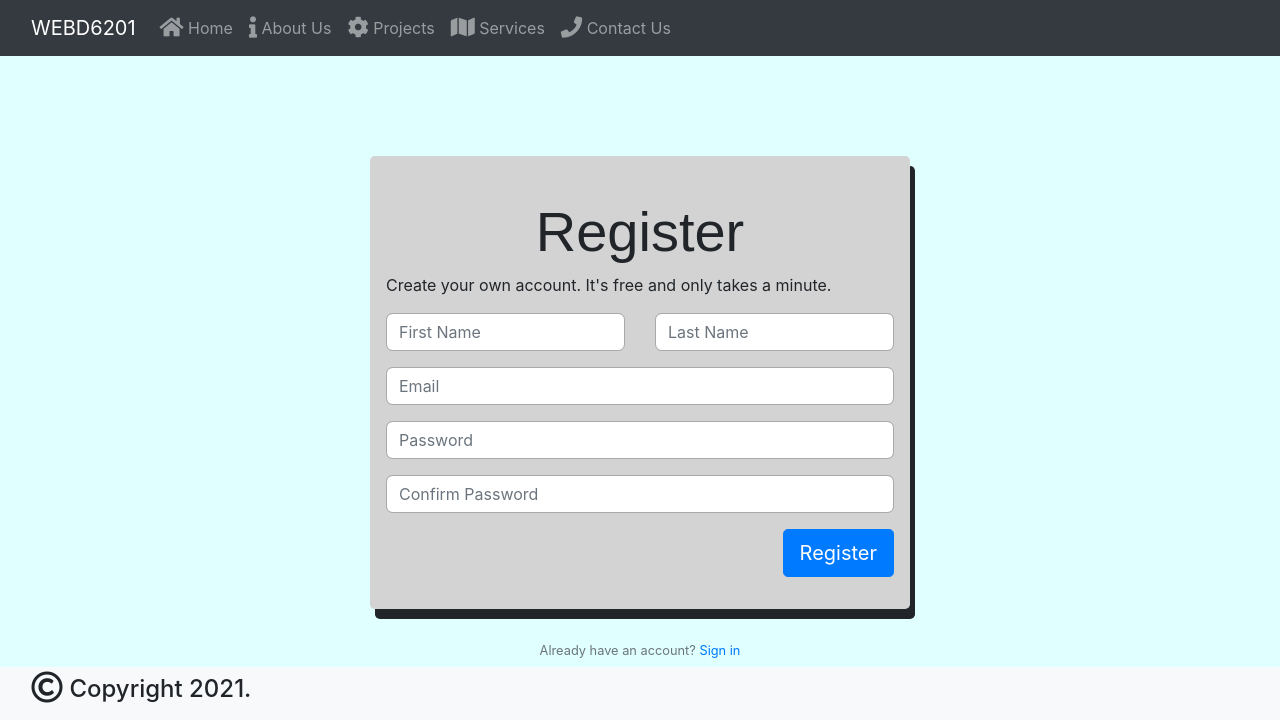
Repository: deividwsantoss/web6201-Lab1
Page: register.html
An editor plug-in stored every save of this project. The page is shown before and after the next save, followed by the edit.
The browser window is 1280 px wide. The pictures show the whole page.

Above is the page before, as saved 2021-03-04 10:50:11.

After the next save:
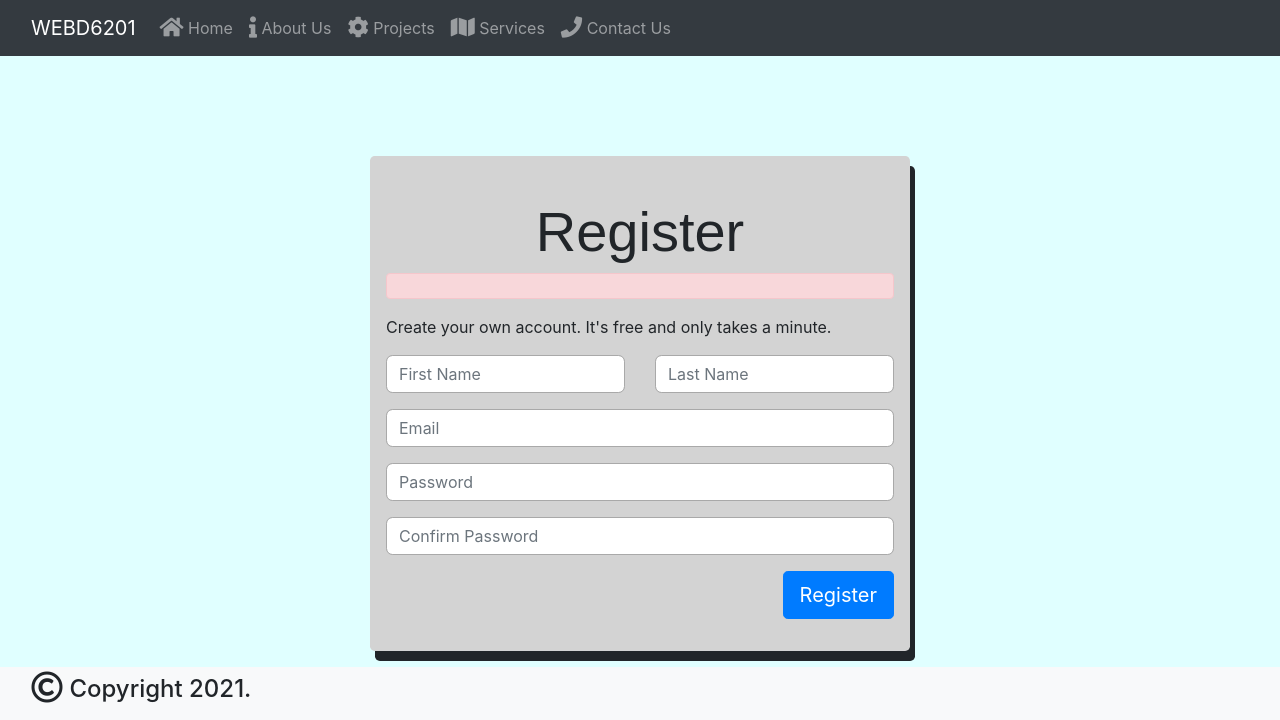
Console error: SyntaxError: missing ) after argument list
Saved 39 s later.
--- a/Scripts/app.js
+++ b/Scripts/app.js
@@ -416,6 +416,10 @@ $(document).ready(function(){
 
         let messageArea = $("#messageArea")
         messageArea.hide();
+
+        let registerButton = document.getElementById("registerButton");
+        sendButton.addEventListener("click", function(event){
+            event.preventDefault();
         testRegister();
 
 

After the 5 saves that followed:
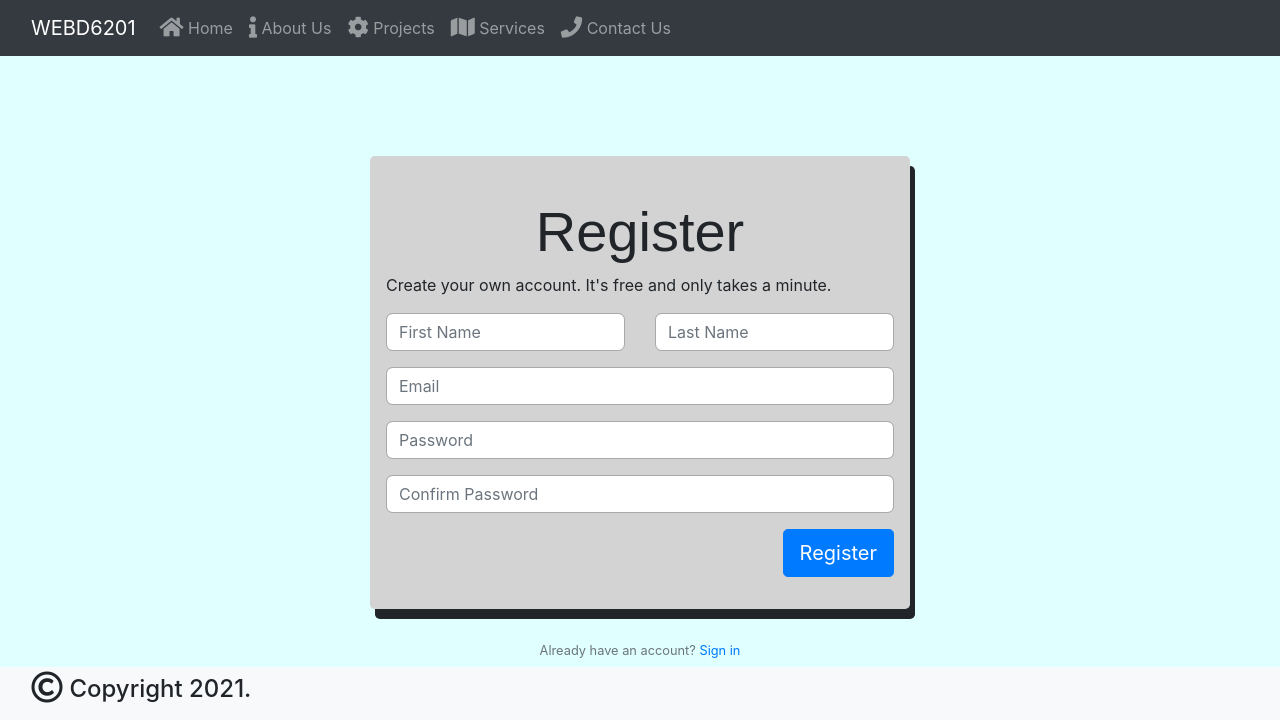
The error is gone.
The 5 saves are shown as one change because 4 left the picture as it was.
The last was saved 9 min 39 s later.
--- a/Scripts/app.js
+++ b/Scripts/app.js
@@ -8,6 +8,11 @@ Date Completed: 02.04.2021
 
 
 "use strict";
+
+
+
+
+
 
 $(document).ready(function(){
 
@@ -418,10 +423,10 @@ $(document).ready(function(){
         messageArea.hide();
 
         let registerButton = document.getElementById("registerButton");
-        sendButton.addEventListener("click", function(event){
+        registerButton.addEventListener("click", function(event){
             event.preventDefault();
         testRegister();
-
+        });
 
     }
 
